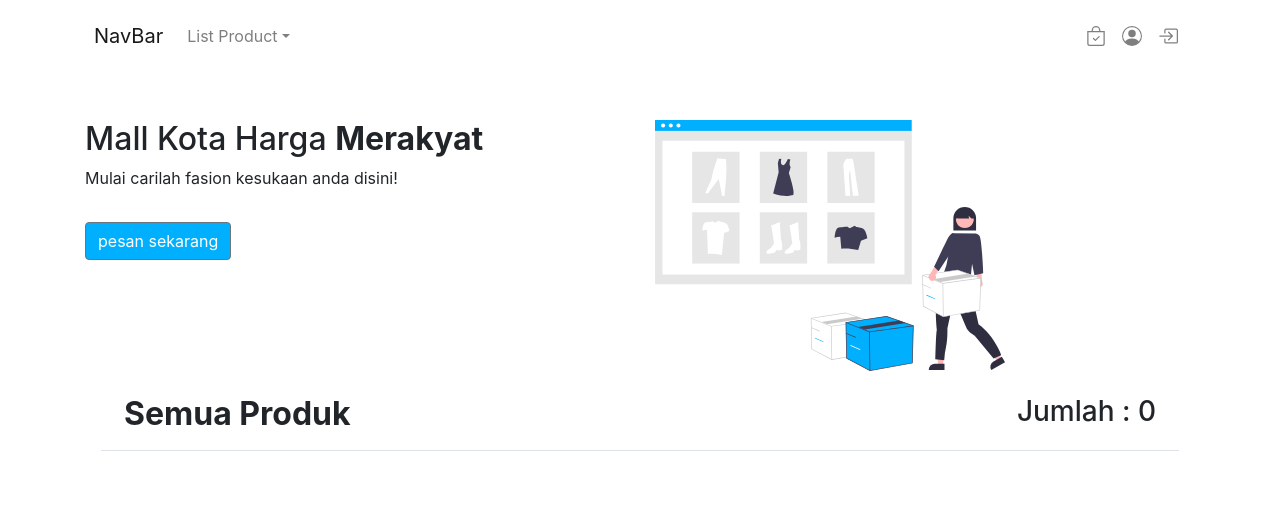
Repository: AHSANS354/ecommerce-catalog
Page: /
These files come from the project's save history. The page is drawn as it stood at one moment and after the next save; the edit follows.
The browser window is 1280 px wide. The pictures show the whole page.
The page's requests for data from a server got no answer. The project was rebuilt for these pictures with package versions that can differ from the ones it lists, and the page was loaded fresh each time. No one was signed in, and anything a server would have sent is missing. Also part of the build but not shown: vue.config.js, src/components/CardProduct.vue.

Above is the page before, as saved 2023-03-01 22:44:20.

### src/main.js
import Vue from "vue";
import App from "./App.vue";
import router from "./router";
import { BootstrapVue, IconsPlugin } from "bootstrap-vue";
// Import Bootstrap and BootstrapVue CSS files (order is important)
import "bootstrap/dist/css/bootstrap.css";
import "bootstrap-vue/dist/bootstrap-vue.css";
import "./assets/style/main.css";

// Make BootstrapVue available throughout your project
Vue.use(BootstrapVue);
// Optionally install the BootstrapVue icon components plugin
Vue.use(IconsPlugin);

Vue.config.productionTip = false;

new Vue({
  router,
  render: (h) => h(App),
}).$mount("#app");

### src/App.vue
<template>
  <div id="app">
    <router-view />
  </div>
</template>

### src/assets/style/main.css
.btn.btn-secondary {
  background-color: #00b0ff !important;
}

.card-img-top {
  height: 18rem;
}

.card {
  padding: 2rem;
}

.deskripsi {
  display: -webkit-box;
  -webkit-line-clamp: 3;
  -webkit-box-orient: vertical;
  overflow: hidden;
  text-overflow: ellipsis;
}

.title {
  display: -webkit-box;
  -webkit-line-clamp: 2;
  -webkit-box-orient: vertical;
  overflow: hidden;
  text-overflow: ellipsis;
}

### src/views/HomeView.vue
<template>
  <div class="home">
    <navbar-view />
    <div class="container mt-5">
      <div class="row">
        <div class="col-md-6">
          <h2>Mall Kota Harga <strong>Merakyat</strong></h2>
          <p>Mulai carilah fasion kesukaan anda disini!</p>

          <b-button class="mt-3"> pesan sekarang </b-button>
        </div>
        <div class="col-md-6">
          <img
            src="../assets/images/undraw_web_shopping_re_owap.svg"
            alt="foto"
            width="350"
          />
        </div>
      </div>

      <div class="row border-bottom m-3 p-2">
        <div class="col d-flex justify-content-between">
          <h2><strong>Semua Produk</strong></h2>
          <h3>
            Jumlah :
            {{ products.length }}
          </h3>
        </div>
      </div>

      <div class="row">
        <div class="col-md-4" v-for="product in products" :key="product.id">
          <card-product :product="product" />
        </div>
      </div>
    </div>
  </div>
</template>

<script>
import NavbarView from "@/components/NavbarView.vue";
import CardProduct from "@/components/CardProduct.vue";
import axios from "axios";
// @ is an alias to /src

export default {
  name: "HomeView",
  components: {
    NavbarView,
    CardProduct,
  },
  data() {
    return {
      products: [],
    };
  },
  methods: {
    setProduct(data) {
      this.products = data;
    },
  },
  mounted() {
    axios
      .get("https://fakestoreapi.com/products")
      .then((response) => this.setProduct(response.data))
      .catch((error) => console.log(error));
  },
};
</script>

### src/components/NavbarView.vue
<template>
  <div class="container p-2">
    <b-navbar toggleable="lg" type="light">
      <router-link class="navbar-brand" to="/">NavBar</router-link>

      <b-navbar-toggle target="nav-collapse"></b-navbar-toggle>

      <b-collapse id="nav-collapse" is-nav>
        <b-navbar-nav>
          <b-nav-item-dropdown text="List Product" right>
            <router-link class="dropdown-item" to="/">EN</router-link>
            <router-link class="dropdown-item" to="/">ES</router-link>
            <router-link class="dropdown-item" to="/">RU</router-link>
            <router-link class="dropdown-item" to="/">FA</router-link>
          </b-nav-item-dropdown>
        </b-navbar-nav>

        <!-- Right aligned nav items -->
        <b-navbar-nav class="ml-auto">
          <router-link to="/"
            ><b-nav-item><b-icon-bag-check></b-icon-bag-check></b-nav-item
          ></router-link>
          <router-link to="/"
            ><b-nav-item
              ><b-icon-person-circle></b-icon-person-circle></b-nav-item
          ></router-link>
          <router-link to="/"
            ><b-nav-item
              ><b-icon-box-arrow-in-right></b-icon-box-arrow-in-right></b-nav-item
          ></router-link>
        </b-navbar-nav>
      </b-collapse>
    </b-navbar>
  </div>
</template>

<script>
export default {
  name: "NavbarView",
};
</script>

<style>
</style>

Loaded but not shown: public/index.html (common file); src/router/index.js (common file)

After the next save:
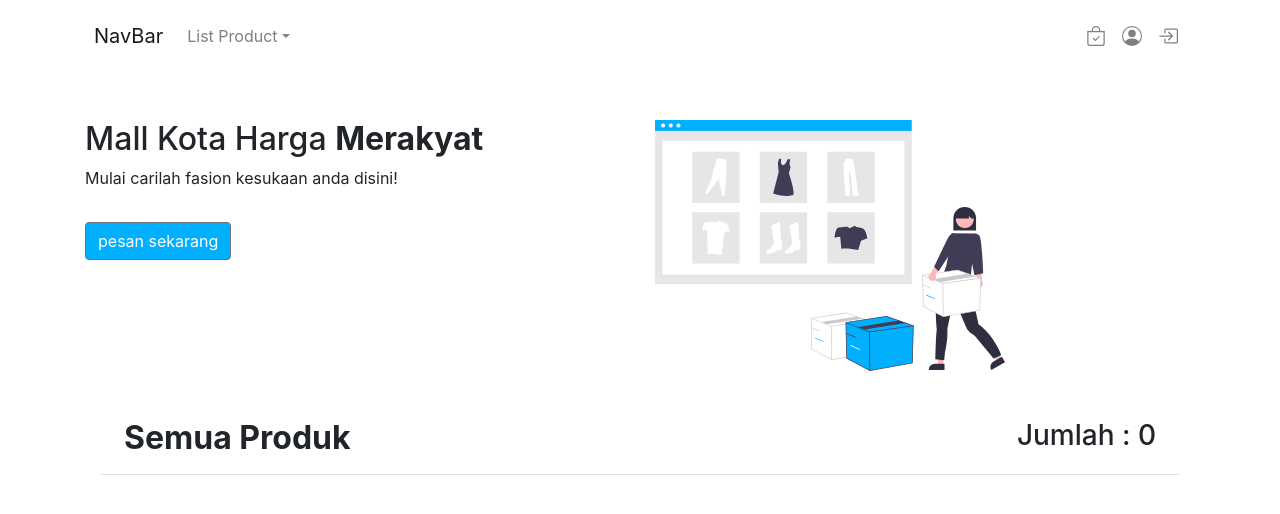
Saved 50 s later.
--- a/src/views/HomeView.vue
+++ b/src/views/HomeView.vue
@@ -19,7 +19,7 @@
       </div>
 
       <div class="row border-bottom m-3 p-2">
-        <div class="col d-flex justify-content-between">
+        <div class="col d-flex justify-content-between mt-4">
           <h2><strong>Semua Produk</strong></h2>
           <h3>
             Jumlah :
